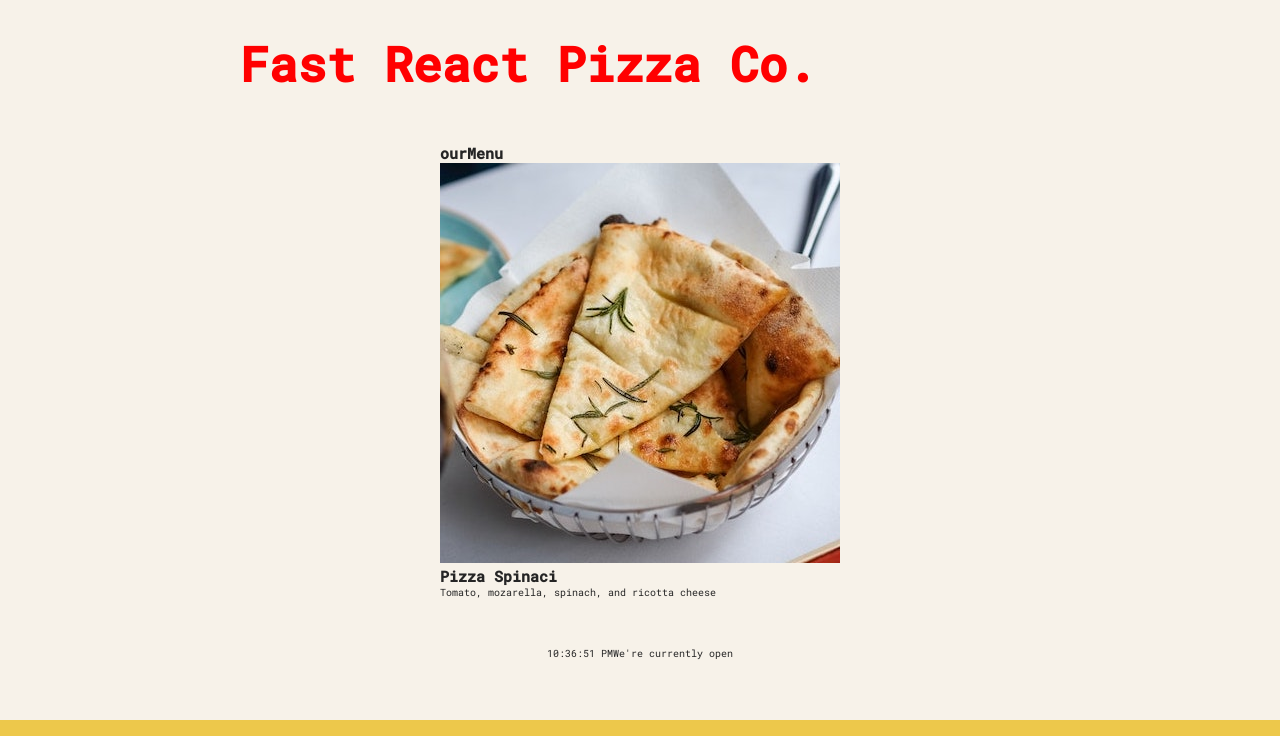
Repository: DhaWork/1-react-dasar-udemy-25
Page: /
The author's editor kept a copy of each file at every save. The page is drawn from the files as they stood at one save, then again after the next save.
The browser window is 1280 px wide. The pictures show the whole page.
The project was rebuilt for these pictures with package versions that can differ from the ones it lists, and the page was loaded fresh each time.

Above is the page before, as saved 2025-04-02 11:49:15.

After the next save:
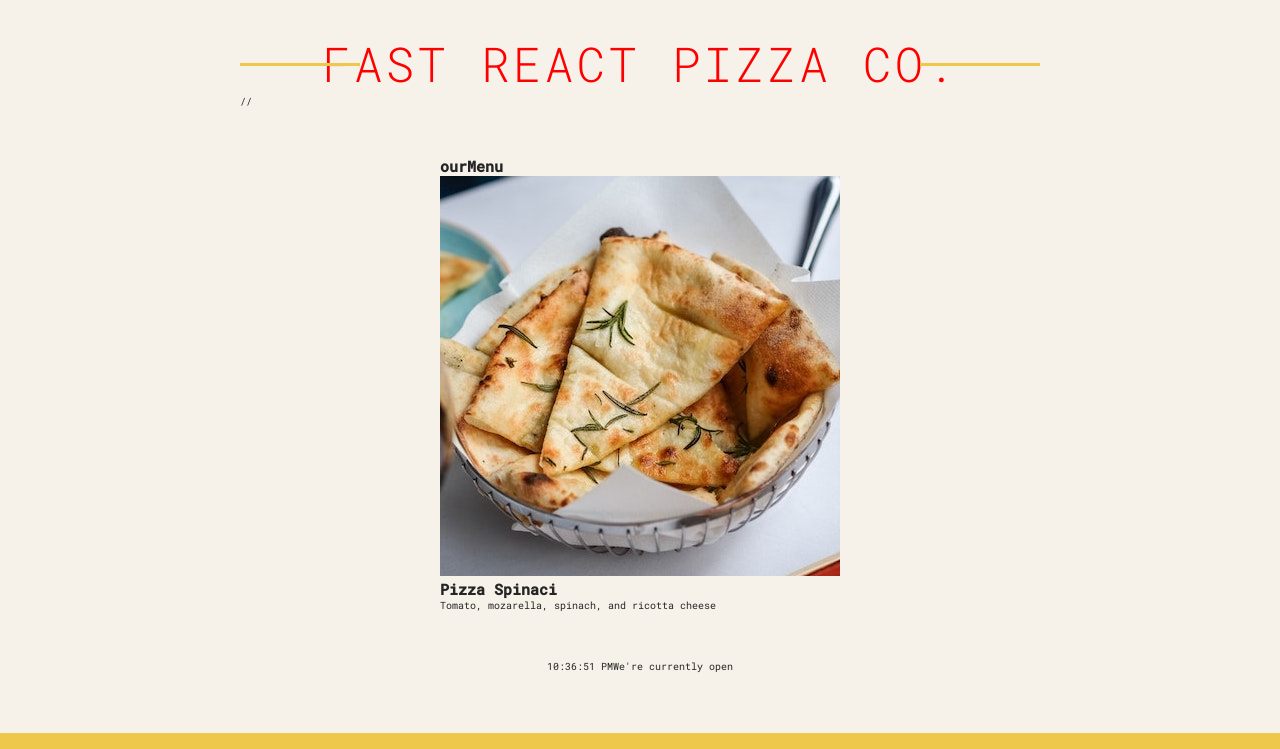
Saved 13 s later.
--- a/src/index.js
+++ b/src/index.js
@@ -61,7 +61,7 @@ function Header() {
     const style = {color:"red", fontSize:"48px", textTransfrom: "uppercase"};
 
   return (
-    // <header className="header">
+    <header className="header">
       <h1 style={style} className="header">Fast React Pizza Co.</h1>
     // </header>
   );
